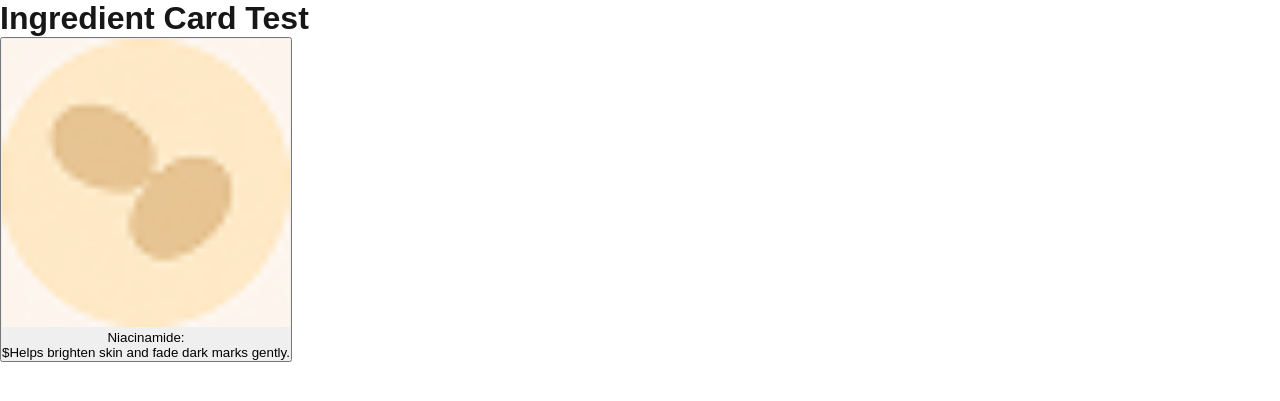
Repository: Esteb4ncd/DermaKnight_WebApp
Page: / (app in dermaknight/)
The author's editor kept a copy of each file at every save. The page is drawn from the files as they stood at one save, then again after the next save.
The browser window is 1280 px wide. The pictures show the whole page.
The project was rebuilt for these pictures with package versions that can differ from the ones it lists, and the page was loaded fresh each time. The framework's server and built-in components were replaced by stand-ins that run in the browser. Also part of the build but not shown: dermaknight/next.config.mjs.

Above is the page before, as saved 2025-05-08 13:56:34.

### dermaknight/app/layout.js
import { Geist, Geist_Mono } from "next/font/google";
import "./globals.css";

const geistSans = Geist({
  variable: "--font-geist-sans",
  subsets: ["latin"],
});

const geistMono = Geist_Mono({
  variable: "--font-geist-mono",
  subsets: ["latin"],
});

export const metadata = {
  title: "DermaKnight",
  description: "Skincare made easy for you",
};

export default function RootLayout({ children }) {
  return (
    <html lang="en">
      <body className={`${geistSans.variable} ${geistMono.variable}`}>
        {children}
      </body>
    </html>
  );
}

### dermaknight/app/page.js
// import Image from "next/image";
import styles from "./page.module.css";
import Ingredients from "./ui/ingredientCard/ingredientCard";

// my imports:
// import styles from "ingredientCard.module.css";
// import Product from "@/_ui/ingredientCard/ingredientCard.js";


const ingredients = [
  {
      name: "Niacinamide:",
      image: "/ingredients/image_1.png",
      description: "Helps brighten skin and fade dark marks gently.",
  },
  {
      name: "Vitamin C:",
      image: "/ingredients/image_2.png",
      description: "Antioxidant that evens out skin tone",
  },
  {
      name: "Ceramides:",
      image: "/ingredients/image_1.png",
      description: "Calms irritation and fades post-acne spots",
  },
  {
      name: "Retinol:",
      image: "/ingredients/image_2.png",
      description: "A vitamin A derivative that speeds up skin cell turnover.",
  },
];


export default function Home() {
  return (
    <div>
      <header className={styles.header}>
        <h1>Ingredient Card Test</h1>
      </header>

      <main className={styles.main}>
        <section className={styles.ingredient}>
          {ingredients
            .filter((ingredients) => ingredients.name === "Niacinamide:")
            .map((ingredients) => {

              return (
                <Ingredients
                  image={ingredients.image}
                  name={ingredients.name}
                  description={ingredients.description}
                />
              )
            }
          )}

        </section>
      </main>
    </div>
  )
}

### dermaknight/app/globals.css
:root {
  --background: #ffffff;
  --foreground: #171717;
}

:root {
  --color-text: #1C0E13;
  --color-labels: #5A5757;
  --color-button-bg: #444752;
  --color-button-text: #ffffff;
  --color-header-bg: #E0E8FF;
  --color-green: #5B9253;
  --color-yellow: #FFF48D;
  --color-quiz-button: #EAEFFF;


  --font-main: 'Lexend', sans-serif;
  --text-h1: 40px;
  --line-h1: 44px;

  --text-h2: 34px;
  --line-h2: 38px;

  --text-h3: 28px;
  --line-h3: 32px;

  --text-h4: 20px;
  --line-h4: 24px;

  --text-body: 16px;
  --line-body: 20px;

  --text-body-bold: 16px;
  --line-body-bold: 24px;

  --text-label: 14px;
  --line-label: 18px;

  --text-body-medium: 16px;
  --line-body-medium: 20px;

  --text-body-large: 20px;
  --line-body-large: 20px;

  --text-label-small: 12px;
  --line-label-small: 16px;

  --text-tags: 13px;
  --line-tags: 24.3px;

  --text-h3-bold: 28px;
  --line-h3-bold: 32px;

  --text-h3-large: 36px;
  --line-h3-large: 32px;

  --text-h3-large-bold: 36px;
  --line-h3-large-bold: 32px;
}

/* HEADINGS */
.h1 {
  font-family: var(--font-main);
  font-size: var(--text-h1);
  line-height: var(--line-h1);
  font-weight: 700;
}

.h2 {
  font-size: var(--text-h2);
  line-height: var(--line-h2);
  font-weight: 600;
}

.h3 {
  font-size: var(--text-h3);
  line-height: var(--line-h3);
  font-weight: 600;
}
.h3-bold {
  font-size: var(--text-h3-bold);
  line-height: var(--line-h3-bold);
  font-weight: 700;
}

.h3-large {
  font-size: var(--text-h3-large);
  line-height: var(--line-h3-large);
  font-weight: 600;
}

.h3-large-bold {
  font-size: var(--text-h3-large-bold);
  line-height: var(--line-h3-large-bold);
  font-weight: 700;
}

.h4 {
  font-size: var(--text-h4);
  line-height: var(--line-h4);
  font-weight: 600;
}

/* BODY TEXT */
.body {
  font-size: var(--text-body);
  line-height: var(--line-body);
  font-weight: 400;
}

.body-bold {
  font-size: var(--text-body-bold);
  line-height: var(--line-body-bold);
  font-weight: 700;
}
.body-medium {
  font-size: var(--text-body-medium);
  line-height: var(--line-body-medium);
  font-weight: 500;
}

.body-large {
  font-size: var(--text-body-large);
  line-height: var(--line-body-large);
  font-weight: 400;
}

.body-large-bold {
  font-size: var(--text-body-large);
  line-height: var(--line-body-large);
  font-weight: 600;
}

/* LABELS */
.label {
  font-size: var(--text-label);
  line-height: var(--line-label);
  font-weight: 400;
}

.label-medium {
  font-size: var(--text-label);
  line-height: var(--line-label);
  font-weight: 500;
}

  .label-small {
    font-size: var(--text-label-small);
    line-height: var(--line-label-small);
    font-weight: 400;
  }

  .tags {
    font-size: var(--text-tags);
    line-height: var(--line-tags);
    font-weight: 400;
  }









@media (prefers-color-scheme: dark) {
  :root {
    --background: #0a0a0a;
    --foreground: #ededed;
  }
}

html,
body {
  max-width: 100vw;
  overflow-x: hidden;
}

body {
  color: var(--foreground);
  background: var(--background);
  font-family: Arial, Helvetica, sans-serif;
  -webkit-font-smoothing: antialiased;
  -moz-osx-font-smoothing: grayscale;
}

* {
  box-sizing: border-box;
  padding: 0;
  margin: 0;
}

a {
  color: inherit;
  text-decoration: none;
}

@media (prefers-color-scheme: dark) {
  html {
    color-scheme: dark;
  }
}






/* styles for signup */
.auth-container {
  padding: var(--space-xl);
  max-width: 400px;
  margin: 0 auto;
  text-align: center;
}

.auth-title {
  text-align: left;
  margin: 60px 0 20px 0;
}

.auth-form input {
  width: 100%;
  padding: var(--space-sm);
  margin-bottom: var(--space-sm);
  font-size: var(--text-body);
  border: 1px solid var(--color-input-border);
  border-radius: var(--radius-sm);
  background-color: var(--color-input-bg);
}

.auth-btn {
  width: 100%;
  padding: var(--space-sm);
  margin-top: var(--space-sm);
  font-size: var(--text-body);
  font-weight: 600;
  border-radius: var(--radius-md);
  cursor: pointer;
  transition: 0.2s ease;
}

.auth-btn.primary {
  background-color: var(--color-button-bg);
  color: var(--color-button-text);
  border: none;
}

.auth-btn.primary:hover {
  background-color: var(--color-button-hover);
}

.auth-btn.secondary {
  background-color: transparent;
  color: var(--color-text);
  border: 1px solid var(--color-border);
}

### dermaknight/app/ui/ingredientCard/ingredientCard.js
import styles from "./ingredientCard.module.css";
import Image from "next/image";

// const ingredients = [
//     {
//         name: "Niacinamide:",
//         image: "/ingredients/image_1.png",
//         description: "Helps brighten skin and fade dark marks gently",
//     },
//     {
//         name: "Vitamin C:",
//         image: "/ingredients/image_2.png",
//         description: "Antioxidant that evens out skin tone",
//     },
//     {
//         name: "Ceramides:",
//         image: "/ingredients/image_1.png",
//         description: "Calms irritation and fades post-acne spots",
//     },
//     {
//         name: "Retinol:",
//         image: "/ingredients/image_2.png",
//         description: "A vitamin A derivative that speeds up skin cell turnover.",
//     },
// ];

function Ingredients({ name, image, description }) {
    let descriptionClasses;
    let ingredientDescription = description;

    // if(defaultState) {
    //     ingredientType = styles.recommendedIngredient;
    //     name = "Niacinamide";
    // }

    return (
        <button>
            <img className={styles.ingredient__image} src={image} />
            <p className={styles.ingredient__name}>{name}</p>
            <p className={descriptionClasses}>${description}</p>
        </button>
    );
}

export default Ingredients;

### dermaknight/app/ui/ingredientCard/ingredientCard.module.css
.ingredient {
    display: flex;
    gap: 10px;
    flex-direction: column;
}

.ingredient__image {
    width: 100%;
}

.ingredient__description {
    font-weight: bold;
}

Loaded but not shown: dermaknight/app/page.module.css (common file)

After the next save:
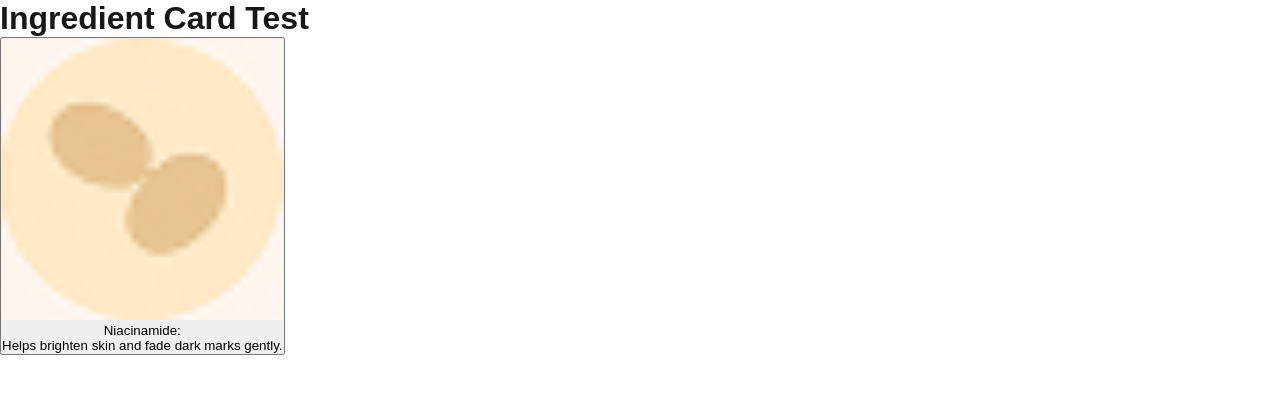
Saved 8 s later.
--- a/dermaknight/app/ui/ingredientCard/ingredientCard.js
+++ b/dermaknight/app/ui/ingredientCard/ingredientCard.js
@@ -37,7 +37,7 @@ function Ingredients({ name, image, description }) {
         <button>
             <img className={styles.ingredient__image} src={image} />
             <p className={styles.ingredient__name}>{name}</p>
-            <p className={descriptionClasses}>${description}</p>
+            <p className={descriptionClasses}>{description}</p>
         </button>
     );
 }
